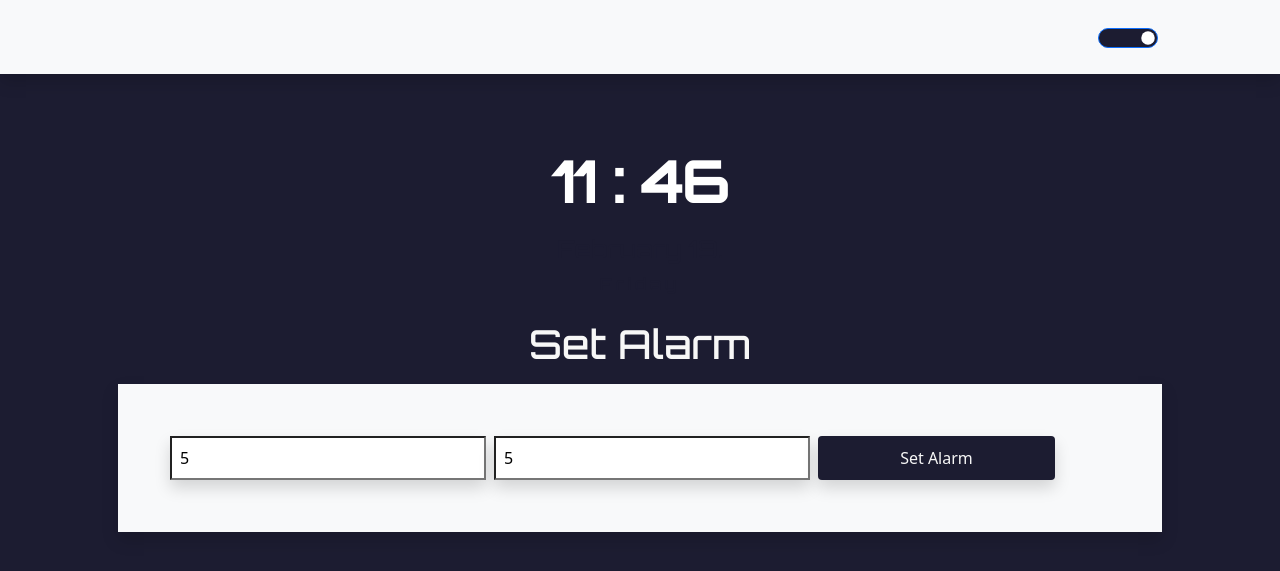
Repository: just-mann/Timer-with-Alarm
Page: index.html
The author's editor kept a copy of each file at every save. The page is drawn from the files as they stood at one save, then again after the next save.
The browser window is 1280 px wide. The pictures show the whole page.
Empty fields were first filled with sample values (such as "Sample", 5 or name@example.com).
After loading, the first visible `#myBackgroundColorCheck` was clicked once.

Above is the page before, as saved 2021-02-19 18:38:04.
Console error: TypeError: Cannot read properties of null (reading 'style')

### index.html
<!doctype html>
<html lang="en">
  <head>
    <link rel="shortcut icon" href="#">
    <title>Alarm-with-Timer</title>
    <!-- Required meta tags -->
    <meta charset="utf-8">
    <meta name="viewport" content="width=device-width, initial-scale=1, shrink-to-fit=no">
    <!-- Bootstrap CSS -->
    <link rel="stylesheet" href="https://stackpath.bootstrapcdn.com/bootstrap/4.3.1/css/bootstrap.min.css" integrity="sha384-ggOyR0iXCbMQv3Xipma34MD+dH/1fQ784/j6cY/iJTQUOhcWr7x9JvoRxT2MZw1T" crossorigin="anonymous">
    <link rel="stylesheet" href="./styleSheets/style.css">
    <link href="https://cdn.jsdelivr.net/npm/bootstrap@5.0.0-beta1/dist/css/bootstrap.min.css" rel="stylesheet" integrity="sha384-giJF6kkoqNQ00vy+HMDP7azOuL0xtbfIcaT9wjKHr8RbDVddVHyTfAAsrekwKmP1" crossorigin="anonymous">
    <script src="https://cdn.jsdelivr.net/npm/bootstrap@5.0.0-beta1/dist/js/bootstrap.bundle.min.js" integrity="sha384-ygbV9kiqUc6oa4msXn9868pTtWMgiQaeYH7/t7LECLbyPA2x65Kgf80OJFdroafW" crossorigin="anonymous"></script>
  </head>
  <body>
      <nav class="container-fluid bg-light shadow mb-1">
        <div class="container p-4">
          <div class="float-left d-flex align-items-center my-auto" id="setAlarmContainer">
            <h4 class="text-uppercase display-4 " id="alarmDisplay">
              <!-- Alarm Displays Here - -->
            </h4>
          </div>
          <div class="form-check form-switch float-right px-5 d-flex justify-content-between">
            <input type="checkbox" class="form-check-input" id="myBackgroundColorCheck" onclick="switchFunction()" />
          </div>
          <div class="clearfix"></div>
        </div>
      </nav>
      <div class="container text-center p-1 px-5 mt-1" id="timeContainer">
        <div id="TimeDisplay" class="container p-3 mx-auto display-4 text-shadow">
          <!-- Time Displays Here -->
        </div>
      </div>
      <!-- Alarm Sound -->
      <audio id="alarmSound">
         <source src="https://www.videomaker.com/sites/videomaker.com/files/downloads/free-sound-effects/Free_TelephoneBell_1025_44_3.wav" autoplay="false" />
      </audio>
      <!-- <button onclick="alarmRing()">Play Sound</button> -->
      <!-- Alarm Sound -->
      <div class="mx-auto text-center primaryColor" id="displayDate">
          <h4 id="displayCurrentDate">
            <!-- Date Shows Here -->
          </h3>
          <p id="todaysDay" class="primaryColor"></p>
        </div>
      <div class="container p-5 pt-2" id="alarmClockContainer">
        <div class="mx-auto text-center d-none primaryColor" id="bellIcon">
          <i class="fas fa-bell fa-5x" id="bellIcon"></i>
        </div>
        <div class="text-center font-weight-bold mb-3" id="setAlarmText">
          <h1 id="setAlarmH1Text" class="mb-2">
            Set Alarm
          </h1>
        </div>
        <div class="row p-5 bg-light mx-auto text-center shadow" id="alarmFormContainer">
          <input type="number" name="hour" id="alarmHour" class="col-lg-4 m-1 p-2 shadow" max="23" min="00" placeholder="Enter Hours" maxlength="2" oninput="javascript: if (this.value.length > this.maxLength) this.value = this.value.slice(0, this.maxLength);" onchange="if(parseInt(this.value,10)<10)this.value='0'+this.value;" />
          <input type="number" name="minutes" id="alarmMinutes" class="col-lg-4 m-1 p-2 shadow" max="59" min="00" placeholder="Enter Minutes" maxlength="2" oninput="javascript: if (this.value.length > this.maxLength) this.value = this.value.slice(0, this.maxLength);" onchange="if(parseInt(this.value,10)<10)this.value='0'+this.value;" />
          <button class="btn col-lg-3 p-2 m-1 shadow" onclick="validateForm()" id="setAlarmBtn" title="or press Enter">
            Set Alarm
          </button>
        </div>
      </div>
    <!-- Optional JavaScript -->
    <!-- jQuery first, then Popper.js, then Bootstrap JS -->
    <script src="https://code.jquery.com/jquery-3.3.1.slim.min.js" integrity="sha384-q8i/X+965DzO0rT7abK41JStQIAqVgRVzpbzo5smXKp4YfRvH+8abtTE1Pi6jizo" crossorigin="anonymous"></script>
    <script src="https://cdnjs.cloudflare.com/ajax/libs/popper.js/1.14.7/umd/popper.min.js" integrity="sha384-UO2eT0CpHqdSJQ6hJty5KVphtPhzWj9WO1clHTMGa3JDZwrnQq4sF86dIHNDz0W1" crossorigin="anonymous"></script>
    <link rel="stylesheet" href="https://cdnjs.cloudflare.com/ajax/libs/font-awesome/5.15.2/css/all.min.css" integrity="sha512-HK5fgLBL+xu6dm/Ii3z4xhlSUyZgTT9tuc/hSrtw6uzJOvgRr2a9jyxxT1ely+B+xFAmJKVSTbpM/CuL7qxO8w==" crossorigin="anonymous" />
    <script src="https://stackpath.bootstrapcdn.com/bootstrap/4.3.1/js/bootstrap.min.js" integrity="sha384-JjSmVgyd0p3pXB1rRibZUAYoIIy6OrQ6VrjIEaFf/nJGzIxFDsf4x0xIM+B07jRM" crossorigin="anonymous"></script>
    <script src="./javascript/script.js"></script>
  </body>
</html>

### styleSheets/style.css
/* Imported Google Fonts from fonts.google.com */
@import url('https://fonts.googleapis.com/css2?family=Orbitron:wght@500&display=swap');

:root {
    --clockFont: 'Orbitron', sans-serif;
    --primaryColor: #1c1c31;
}

#myBackgroundColorCheck {
    width: 60px;
    height: 20px;
}

#myBackgroundColorCheck:hover {
    cursor: pointer;
}

.primaryColor {
    color: var(--primaryColor);
    font-family: var(--clockFont);
}


nav {
    height: auto;
    color: #1c1c31;
}


#deleteAlarm {
    color: #ff0000;
    /* transition: all 0.9s ease; */
}

#deleteAlarm:hover {
    transition: 0.9s;
    cursor: pointer;
    font-size: 20.5px;
}


#TimeDisplay {
    font-family: var(--clockFont);
    font-weight: bold;
    text-align: center;
    color: #1c1c31;
    margin-top: 50px;
    background-color: f7f7f7;
}

#todaysDay {
    letter-spacing: 0.25rem;
}

#alarmDisplay {
    font-family: var(--clockFont);
    font-size: 18px;
    /* width: 200px; */
}

/* #setAlarmContainer {
    background-color: pink;
} */

#setAlarmText {
    font-family: var(--clockFont);
    font-weight: bold;
    font-size: 30px;
}

#setAlarmBtn {
    background-color: #1c1c31;
    color: #f7f7f7;
}

#deleteAlarm {
    font-size: 20px;
    font-weight: bold;
}


/* #hour:focus, #minutes:focus { */
    /* background-color: yellow; */
    /* outline: rgb(255, 0, 0); */
/* } */

/* @media (max-width: @screen-xs) {
    body{font-size: 10px;}
}

@media (max-width: @screen-sm) {
    body{font-size: 14px;}
} */

### javascript/script.js

'use strict';

// ---------- Toggle Background Switch Begins --------------- //
function switchFunction() {

  let checkBox = document.getElementById("myBackgroundColorCheck");
  let body = document.querySelector('body');
  let TimeDisplay = document.getElementById('TimeDisplay');
  let setAlarmText = document.getElementById('setAlarmText');
  let setAlarmH1Text = document.getElementById('setAlarmH1');
  // let bellIcon = document.getElementById('bellIcon');
  let displayCurrentDate = document.getElementById('displayCurrentDate');
  let todaysDay = document.getElementById('todaysDay');

  // If the checkbox is checked, change the background color of the body
if (checkBox.checked === true){
    body.style.backgroundColor = '#1c1c31';
    checkBox.style.backgroundColor = "#1c1c31";
    TimeDisplay.style.color = '#ffffff';
    setAlarmText.style.color = '#f7f7f7';
    setAlarmH1Text.style.color = '#f7f7f7'
    // bellIcon.style.color = '#f7f7f7';
    displayCurrentDate.style.color = '#f7f7f7';
    todaysDay.style.color = 'white';
  } else {
    body.style.backgroundColor = '#f7f7f7';
    checkBox.style.backgroundColor = "#f7f7f7";
    TimeDisplay.style.color = '#1c1c31';
    setAlarmText.style.color = '#1c1c31';
    // bellIcon.style.color = '#1c1c31';
    displayCurrentDate.style.color = '#1c1c31';
    todaysDay.style.color = '#1c1c31'
    setAlarmH1Text.style.color = '#1c1c31';
  }

}
// ------------------- Toggle Background Switch Ends ---------- //


// ------------------- Time Running Begins ---------- //
let timeRunning = () => {
  // -------------------------- Time and Date ---------------------------- //
  const date = new Date();
  let months = ['January', 'February', 'March', 'April', 'May', 'June', 'July', 'August', 'September', 'October', 'November', 'December'];
  let currentMonth = months[date.getMonth()];
  let days = ['Sunday', 'Monday', 'Tuesday', 'Wednesday', 'Thursday', 'Friday', 'Saturday'];
  let currentDay = days[date.getDay()];
  let currentDate = `${currentMonth} ${date.getDate()}.`;

  let currentHour = date.getHours();
  let currentMinutes = date.getMinutes();
  let currentSeconds = date.getSeconds();


  // Convert the value of the current hour to string
  currentHour = currentHour.toString();
  // Add zero to the current hour value if it is a single digit
  if (currentHour.length < 2) {
    currentHour = '0' + currentHour;
  }

  // Convert the value of the current minutes to string
  currentMinutes = currentMinutes.toString();
  // Add zero to the current minutes value if it is a single digit
  if (currentMinutes.length < 2) {
    currentMinutes = '0' + currentMinutes;
  }

  // Convert the value of the current seconds to string
  currentSeconds = currentSeconds.toString();
  // Add zero to the seconds value if it is a single digit
  if (currentSeconds.length < 2) {
    currentSeconds = '0' + currentSeconds;
  }

  let currentTime = `${currentHour} : ${currentMinutes}`;
  document.getElementById('TimeDisplay').innerHTML = currentTime;
  document.getElementById('displayCurrentDate').innerHTML = currentDate;
  document.getElementById('todaysDay').innerHTML = `${currentDay} `;

// ---------------- Time Running Ends ------------ //

  setTimeout(timeRunning, 1000);

}

timeRunning(); // Calling timeRunning function

let alarmHour = document.getElementById('alarmHour');
let alarmMinutes = document.getElementById('alarmMinutes');
let setAlarmBtn = document.getElementById('setAlarmBtn');
// let setAlarmH1Text = document.getElementById('setAlarmH1Text');

// ------ checking Code ------- //
  let playSound = () => {
    // let setAlarmH1Text = document.getElementById('setAlarmH1Text');
    alarmSound.play();
    // let setAlarmH1Text = document.getElementById('setAlarmH1Text');
    let alarmDisplay = document.querySelector('#alarmDisplay');
    alarmDisplay.style.visibility = (alarmDisplay.style.visibility == 'hidden' ? '' : 'hidden');
    setAlarmH1Text.innerHTML = '((<i class="fas fa-bell text-danger fa-2x"></i>))';
    setAlarmH1Text.style.visibility = (setAlarmH1Text.style.visibility == 'hidden' ? '' : 'hidden');
    setAlarmH1Text.style.color = '#d9534f';
  }

  let stopSound = () => {
    let setAlarmH1Text = document.getElementById('setAlarmH1Text');
    alarmSound.pause();
    let alarmDisplay = document.querySelector('#alarmDisplay');
    alarmDisplay.style.visibility = 'visible';
    setAlarmH1Text.innerHTML = '<i class="fas fa-bell fa-2x">';
    setAlarmH1Text.style.visibility = 'visible';
    setAlarmH1Text.style.color = '#1c1c31';
  }


// -------- Set Alarm Function Begins --------//
let setAlarm = () => {
  // let setAlarmH1Text = document.getElementById('setAlarmH1Text');
  setAlarmH1Text.innerHTML = `<i class='fas fa-bell fa-2x'></i>`;

  // Add zero to the alarm hour value if it is a single digit
  if (alarmHour.length < 2) {
    alarmHour = '0' + alarmHour;
  }

  // Add zero to the alarm minutes value if it is a single digit
  if (alarmMinutes.length < 2) {
    alarmMinutes = '0' + alarmMinutes;
  }

  // let alarmSound = document.getElementById('alarmSound');
  let alarmDisplay = document.querySelector('#alarmDisplay');

  alarmDisplay.innerHTML = `<i class="fas fa-bell"></i> ${alarmHour.value} : ${alarmMinutes.value} <i class="fas fa-times-circle text-danger ml-4" id='deleteAlarm' title='or press Esc'></i>`;
  alarmHour.setAttribute('disabled', true);
  alarmMinutes.setAttribute('disabled', true);
  setAlarmBtn.setAttribute('disabled', true);



  setInterval(() => {
    let d = new Date();
    let hour = d.getHours();
    let minutes = d.getMinutes();
    let alarmDisplay = document.querySelector('#alarmDisplay');
    let alarmHour = document.getElementById('alarmHour');
    let alarmMinutes = document.getElementById('alarmMinutes');
    let setAlarmBtn = document.getElementById('setAlarmBtn');

let deleteAlarm = document.querySelector('#deleteAlarm');
   // --------------- Alarm Ringer Begins -------------- //
  // --- Checks if alarmTime is equal to current time

    if (hour == alarmHour.value && minutes == alarmMinutes.value && !alarmDisplay.innerHTML == '') {
      playSound();
    } else {
      stopSound();
    };

  // --------------- Alarm Ringer Ends -------------- //

    deleteAlarm.addEventListener('click', () => {

      stopSound();
      location.reload();
      alarmDisplay.innerHTML = '';
      alarmDisplay.style.color = 'red';

      setTimeout(() => {
          alarmHour.removeAttribute('disabled', true);
          alarmMinutes.removeAttribute('disabled', true);
          setAlarmBtn.removeAttribute('disabled', true);
          alarmDisplay.innerHTML = '';
      }, 2000);

    });

  }, 1000);



}


// -------- Input Validation Begins --------- //

let validateForm = () => {
  if (alarmHour.value === '' || alarmMinutes.value === '') {
     alert(`Input Field Cannot Be Empty !!!`);
  } else {
    setAlarm();
  }
}

// ----- If the Enter Button is pressed, run the validateForm() function ----- //


let enterKey = (e) => {
  if (e.keyCode === 13) {
    validateForm();
  }
}

document.addEventListener('keydown', enterKey);


// --------------- Input Validation Ends ------------ //

let escapeKey = (e) => {
  if (e.keyCode === 27){
      stopSound();
      location.reload();
      alarmDisplay.innerHTML = '';
      // alarmDisplay.style.color = 'red';

      setTimeout(() => {
          alarmHour.removeAttribute('disabled', true);
          alarmMinutes.removeAttribute('disabled', true);
          setAlarmBtn.removeAttribute('disabled', true);
          alarmDisplay.innerHTML = '';
      }, 2000);
  }
}
document.addEventListener('keydown', escapeKey);

After the next save:
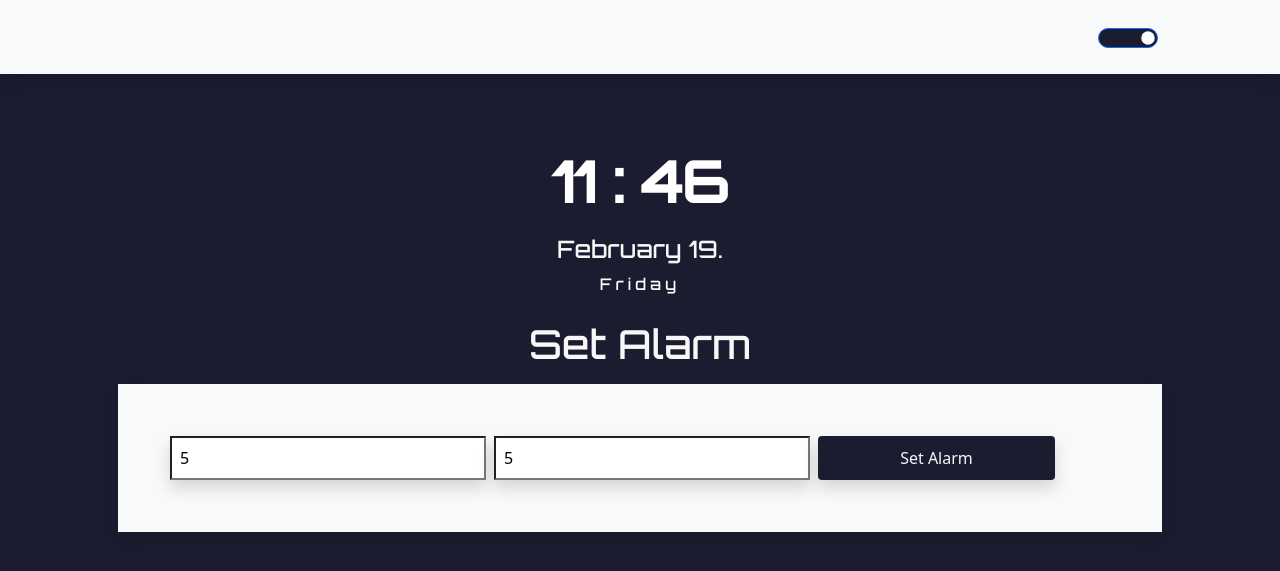
The error is gone.
Saved 108 s later.
--- a/javascript/script.js
+++ b/javascript/script.js
@@ -8,11 +8,11 @@ function switchFunction() {
   let body = document.querySelector('body');
   let TimeDisplay = document.getElementById('TimeDisplay');
   let setAlarmText = document.getElementById('setAlarmText');
-  let setAlarmH1Text = document.getElementById('setAlarmH1');
+  ;
   // let bellIcon = document.getElementById('bellIcon');
   let displayCurrentDate = document.getElementById('displayCurrentDate');
   let todaysDay = document.getElementById('todaysDay');
-
+  let setAlarmH1Text = document.getElementById('setAlarmH1Text');
   // If the checkbox is checked, change the background color of the body
 if (checkBox.checked === true){
     body.style.backgroundColor = '#1c1c31';
